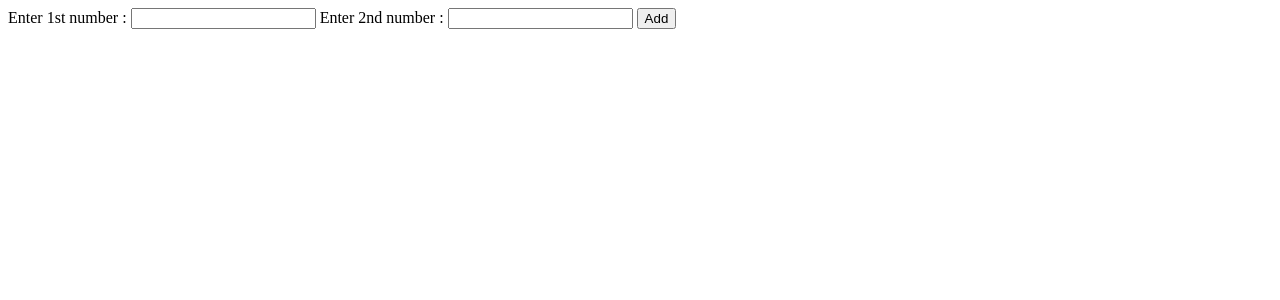
Repository: Bensoli-Inc/Eclipse-projects
Page: ServletApps/src/main/webapp/index.html
An editor plug-in stored every save of this project. The page is shown before and after the next save, followed by the edit.
The browser window is 1280 px wide. The pictures show the whole page.

Above is the page before, as saved 2024-09-09 20:10:00.

After the next save:
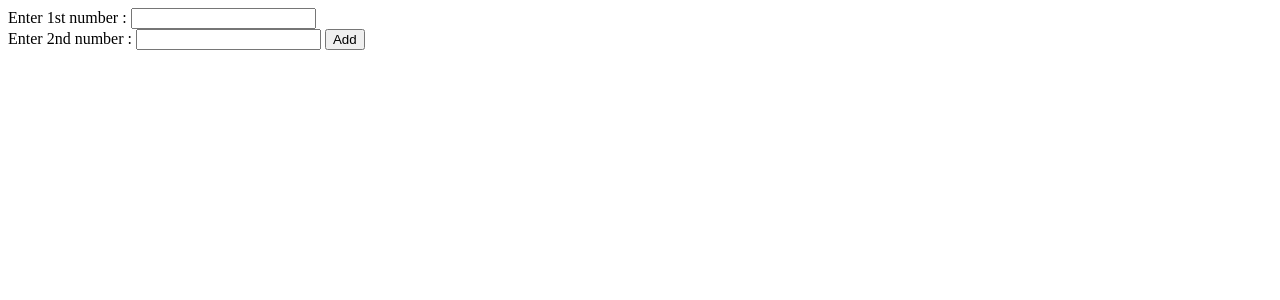
Saved 39 s later.
--- a/ServletApps/src/main/webapp/index.html
+++ b/ServletApps/src/main/webapp/index.html
@@ -10,7 +10,7 @@
 
 		Enter 1st number : <input
 								type ="text"
-								name = "num1">
+								name = "num1"> <br>
 		Enter 2nd number : <input
 								type ="text"
 								name = "num2">
